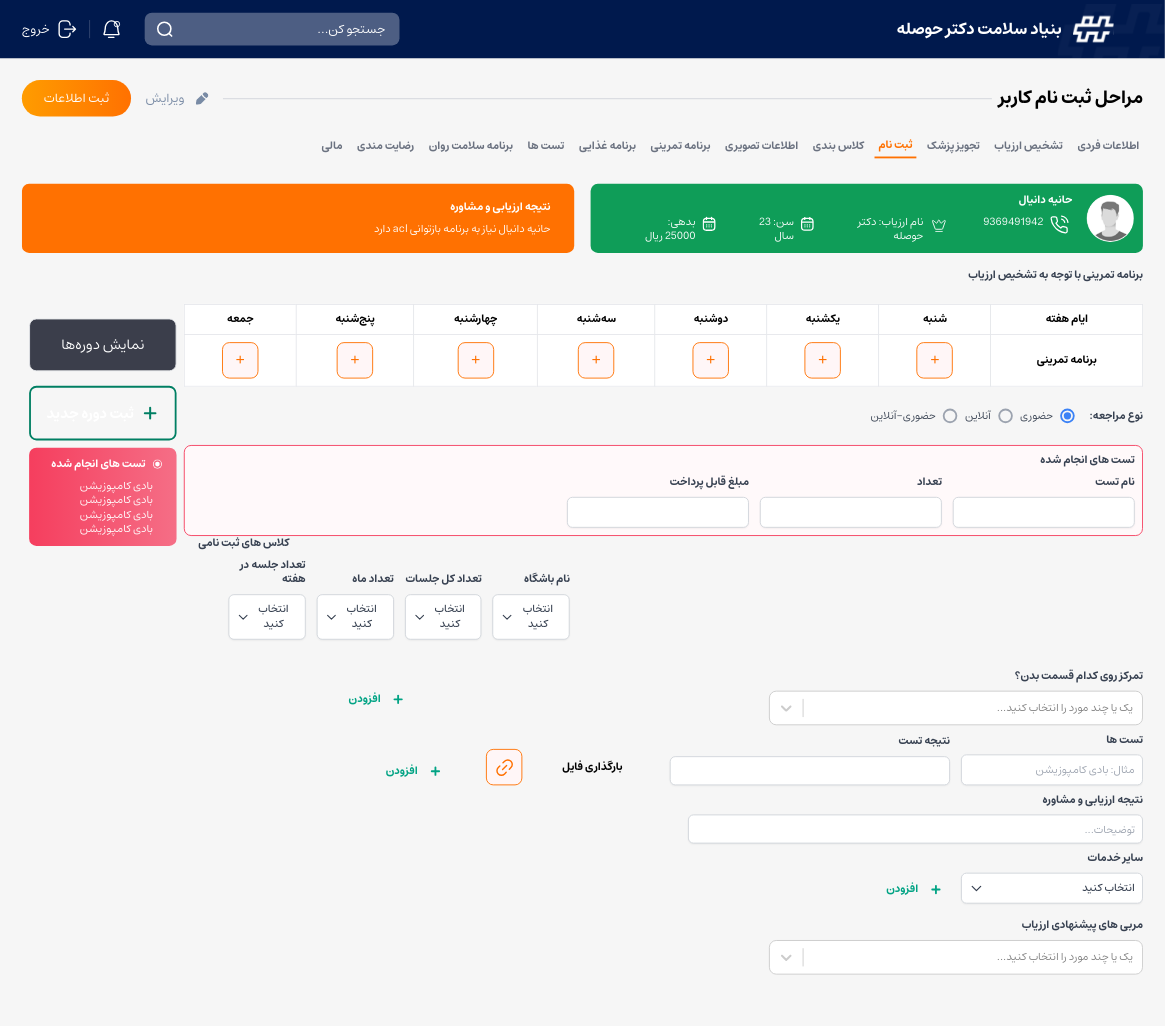
Repository: mirnajafi/ERP_hoseleh_V1.0
Page: /register, after clicking the first element matching `div.flex > :nth-child(4)`
These files come from the project's save history. The page is drawn as it stood at one moment and after a run of saves; the edit follows.
The browser window is 1280 px wide. The pictures show the whole page, at 91% of full size.
Some web fonts or font styles are not loaded; a fallback is used. The project was rebuilt for these pictures with package versions that can differ from the ones it lists, and the page was loaded fresh each time. The framework's server and built-in components were replaced by stand-ins that run in the browser. Also part of the build but not shown: next.config.mjs, src/components/icons/trash.tsx, src/components/weekTable/weekTable.css, src/components/icons/copy.tsx, src/components/recognitionEvaluator/recognitionEvaluator.tsx.

Above is the page before, as saved 2025-02-28 23:54:22.

After the next 2 saves:
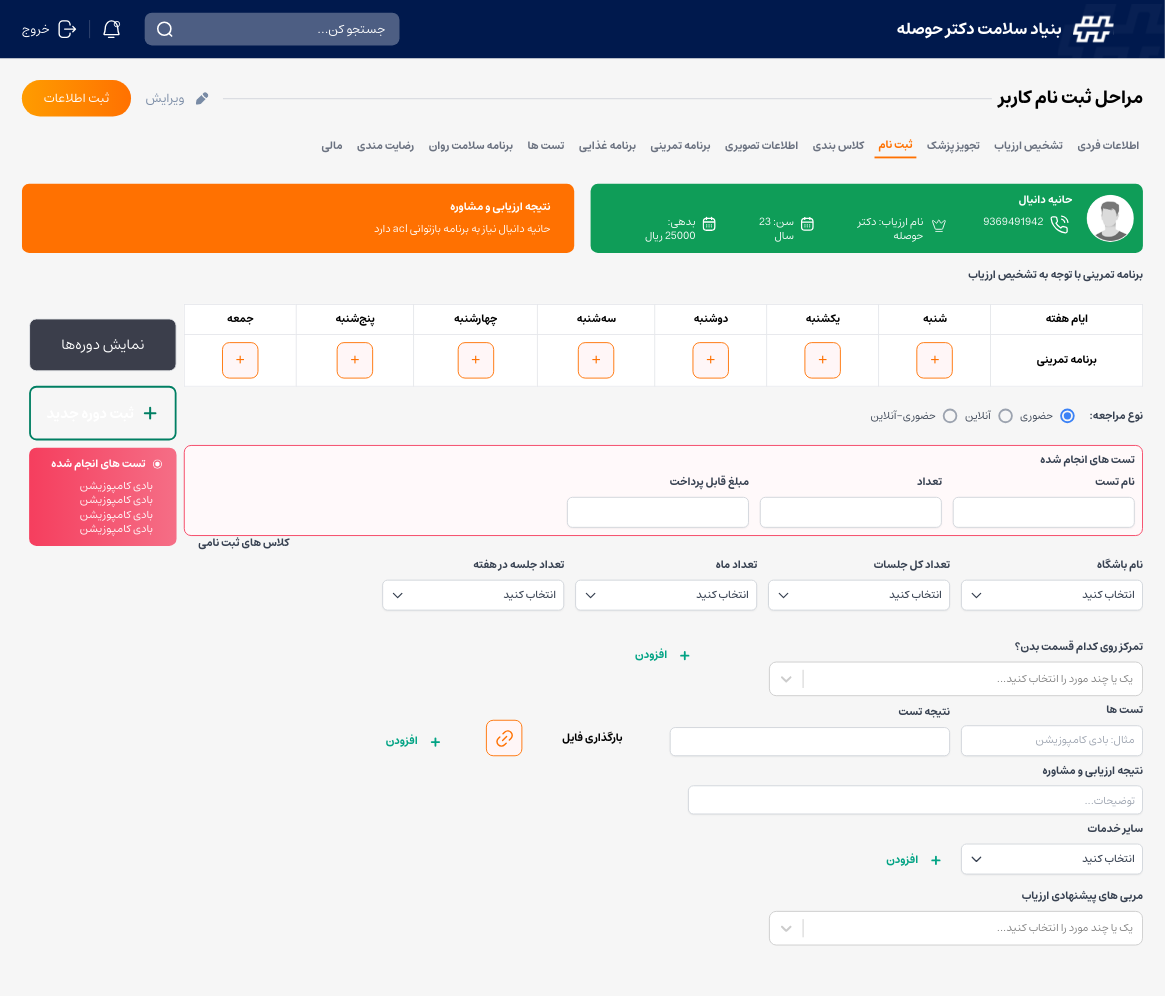
The 2 saves are shown as one change because they came seconds apart.
The last was saved 12 s later.
--- a/src/components/registration/registration.tsx
+++ b/src/components/registration/registration.tsx
@@ -112,7 +112,7 @@ const Registration = () => {
 
                     <div className="flex flex-col  w-full xl:items-end xl:justify-right ">
                         <label className="text-xs font-bold text-gray-700 ml-4">کلاس های ثبت نامی</label>
-                        <div>
+                        <div className="w-full">
                             <Dropdown
                                 label=" نام باشگاه"
                                 options={["گزینه 1", "گزینه 2", "گزینه 3"]}
